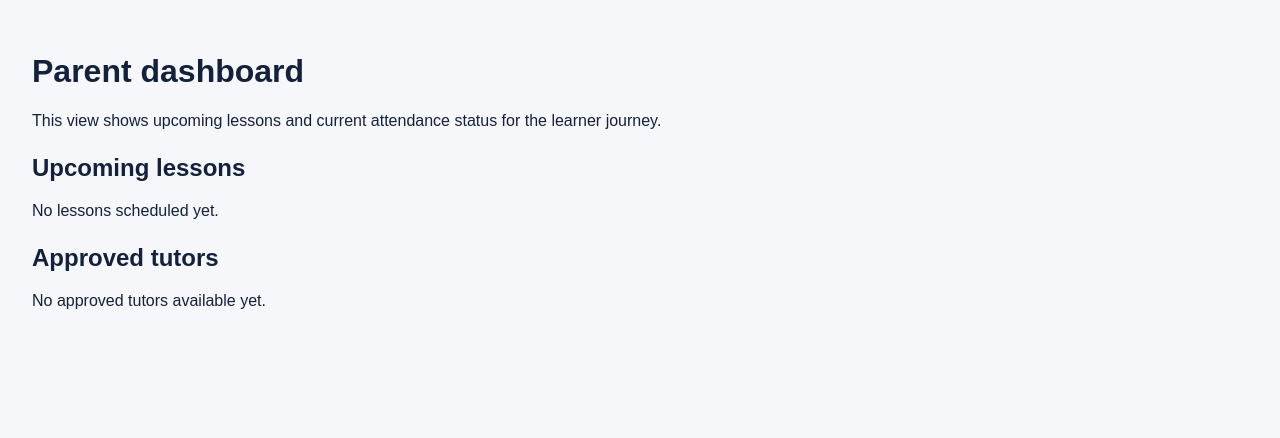
Repository: Teamthy/ykay-virtual
Page: /dashboard (app in apps/web/)
An editor plug-in stored every save of this project. The page is shown before and after the next save, followed by the edit.
The browser window is 1280 px wide. The pictures show the whole page.
The page's requests for data from a server got no answer. The project was rebuilt for these pictures with package versions that can differ from the ones it lists, and the page was loaded fresh each time. The framework's server and built-in components were replaced by stand-ins that run in the browser. No one was signed in, and anything a server would have sent is missing. Also part of the build but not shown: apps/web/next.config.js.

Above is the page before, as saved 2026-08-11 00:24:28.

After the next save:
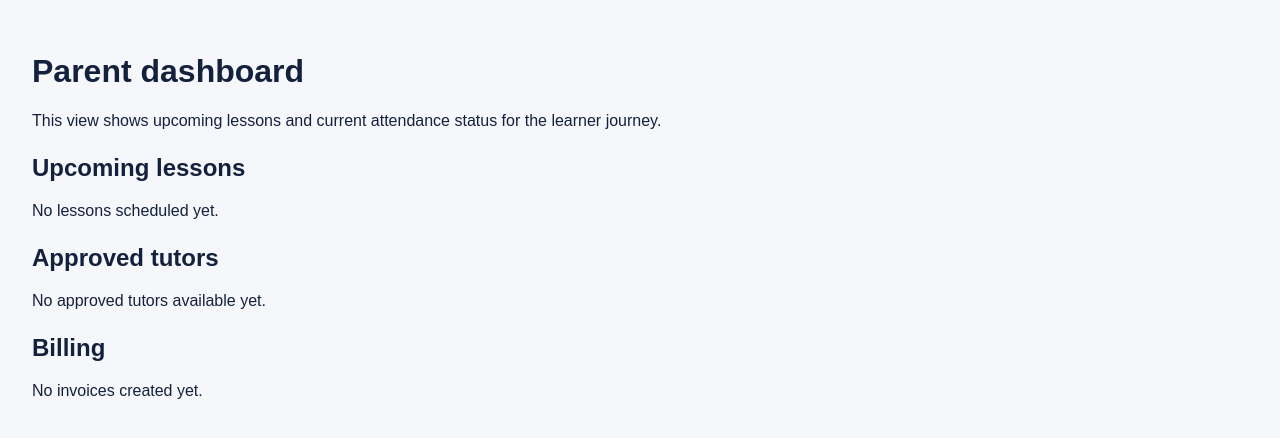
Saved 3 min 4 s later.
--- a/apps/web/app/dashboard/page.tsx
+++ b/apps/web/app/dashboard/page.tsx
@@ -21,9 +21,20 @@ type TutorProfile = {
     timezone: string;
 };
 
+type Invoice = {
+    id: string;
+    learnerName: string;
+    programmeId: string;
+    amount: number;
+    currency: string;
+    status: string;
+    description: string;
+};
+
 export default function DashboardPage() {
     const [lessons, setLessons] = useState<Lesson[]>([]);
     const [tutors, setTutors] = useState<TutorProfile[]>([]);
+    const [invoices, setInvoices] = useState<Invoice[]>([]);
 
     async function refreshLessons() {
         const response = await fetch('http://localhost:8080/api/v1/lessons');
@@ -44,8 +55,18 @@ export default function DashboardPage() {
             setTutors((data.profiles ?? []).filter((profile: TutorProfile) => profile.status === 'APPROVED'));
         }
 
+        async function loadInvoices() {
+            const response = await fetch('http://localhost:8080/api/v1/payments');
+            if (!response.ok) {
+                return;
+            }
+            const data = await response.json();
+            setInvoices(data.invoices ?? []);
+        }
+
         refreshLessons();
         loadTutors();
+        loadInvoices();
     }, []);
 
     async function updateLessonStatus(lessonId: string, status: string) {
@@ -102,6 +123,24 @@ export default function DashboardPage() {
                     </ul>
                 )}
             </section>
+
+            <section style={{ marginTop: '1.5rem' }}>
+                <h2>Billing</h2>
+                {invoices.length === 0 ? (
+                    <p>No invoices created yet.</p>
+                ) : (
+                    <ul style={{ display: 'grid', gap: '0.75rem', padding: 0, listStyle: 'none' }}>
+                        {invoices.map((invoice) => (
+                            <li key={invoice.id} style={{ border: '1px solid #d1d5db', borderRadius: '0.75rem', padding: '1rem' }}>
+                                <strong>{invoice.description}</strong>
+                                <div>Programme: {invoice.programmeId}</div>
+                                <div>Amount: {invoice.amount} {invoice.currency}</div>
+                                <div>Status: {invoice.status}</div>
+                            </li>
+                        ))}
+                    </ul>
+                )}
+            </section>
         </main>
     );
 }
